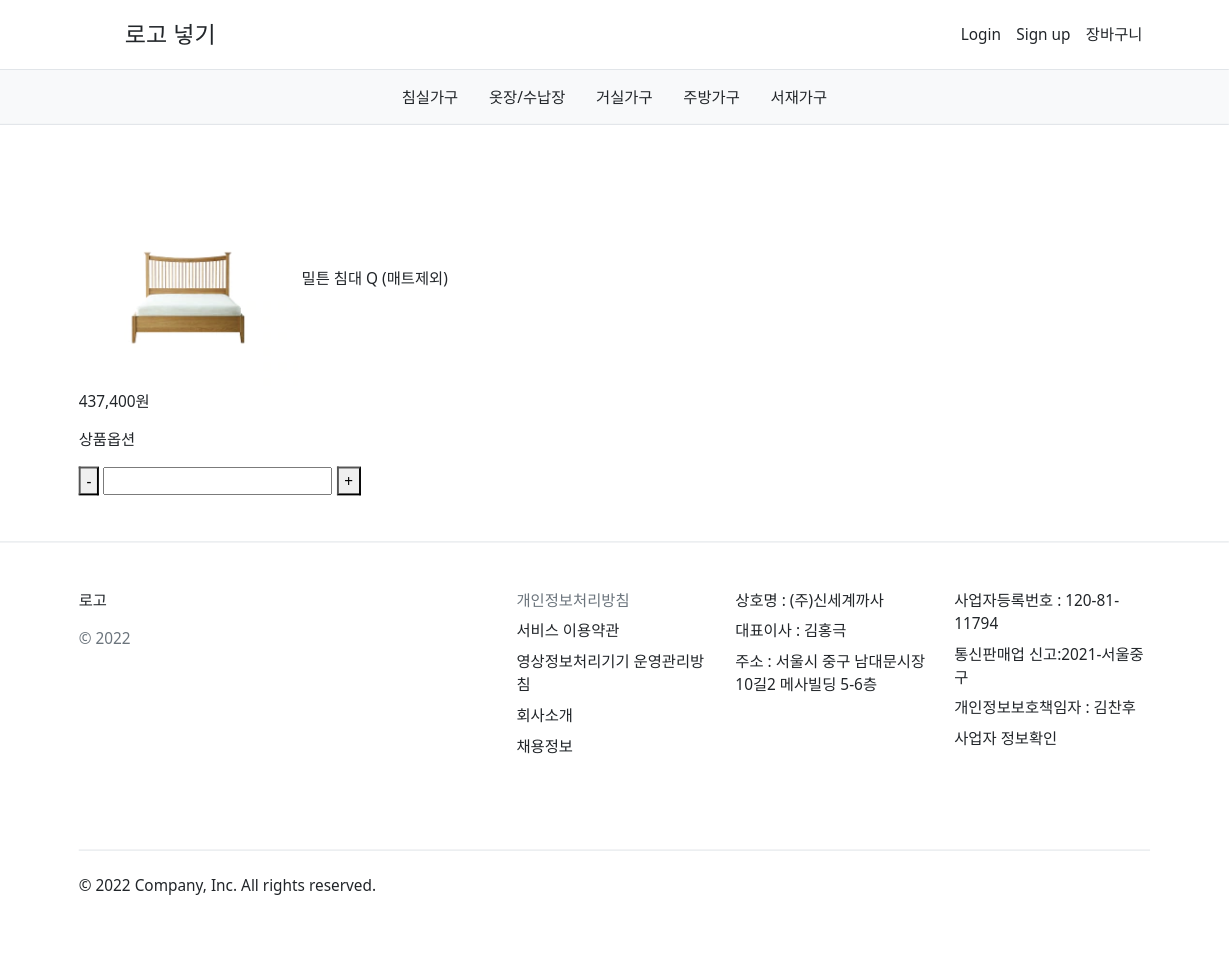
Repository: raoniee/Elice-House-Project
Page: FE/views/pages/main/item-detail-page.html
The author's editor kept a copy of each file at every save. The page is drawn from the files as they stood at one save, then again after the next save.
The browser window is 1280 px wide. The pictures show the whole page, at 96% of full size.

Above is the page before, as saved 2023-07-06 14:40:49.

### FE/views/pages/main/item-detail-page.html
<!DOCTYPE html>
<html lang="ko">
  <head>
    <meta charset="UTF-8" />
    <meta http-equiv="X-UA-Compatible" content="IE=edge" />
    <meta name="viewport" content="width=device-width, initial-scale=1.0" />
    <title>Elice-House/item-detail</title>
    <link
      href="https://cdn.jsdelivr.net/npm/bootstrap@5.2.3/dist/css/bootstrap.min.css"
      rel="stylesheet"
      integrity="sha384-rbsA2VBKQhggwzxH7pPCaAqO46MgnOM80zW1RWuH61DGLwZJEdK2Kadq2F9CUG65"
      crossorigin="anonymous"
    />
    <!-- header.module.js -->
    <script
      src="../../components/header/header.js"
      type="module"
      defer
    ></script>
    <!-- footer.module.js -->
    <script
      src="../../components/footer/footer.js"
      type="module"
      defer
    ></script>
    <!-- item-detail-page.module.js -->
    <script src="./item-detail-page.js" type="module" defer></script>
    <style>
      /* * {
        outline: 1px solid #363;
      } */
    </style>
  </head>
  <body>
    <header class="header">
      <!-- header template로 삽입 -->
    </header>

    <main>
      <div class="container my-5">
        <div
          class="menu_bar d-flex justify-content-between"
          style="width: 120px"
        >
          <!-- menu_bar template로 삽입 -->
        </div>

        <div class="item_detail">
          <img
            src="../../../public/assets/imgs/item-list-card.webp"
            alt="가구"
          />
          <span class="item_detail_name">밀튼 침대 Q (매트제외)</span>
          <p class="item_detail_price">437,400원</p>
          <div class="item_detail_quantity">
            <p>상품옵션</p>
            <button>-</button>
            <input type="number" />
            <button>+</button>
          </div>
        </div>
      </div>
    </main>

    <footer class="footer">
      <!-- footer template로 삽입 -->
    </footer>

    <script
      src="https://cdn.jsdelivr.net/npm/bootstrap@5.2.3/dist/js/bootstrap.bundle.min.js"
      integrity="sha384-kenU1KFdBIe4zVF0s0G1M5b4hcpxyD9F7jL+jjXkk+Q2h455rYXK/7HAuoJl+0I4"
      crossorigin="anonymous"
    ></script>
  </body>
</html>

### FE/views/components/header/header.js
export const drawHeader = () => {
  let headerTemplate = `
  <div class="py-3 border-bottom">
      <div class="container d-flex flex-wrap justify-content-center">
        <a
          href="/"
          class="d-flex align-items-center mb-3 mb-lg-0 me-lg-auto text-dark text-decoration-none"
        >
          <svg class="bi me-2" width="40" height="32">
            <use xlink:href="#bootstrap" />
          </svg>
          <span class="fs-4">로고 넣기</span>
        </a>
        <ul class="nav">
          <li class="nav-item">
            <a href="" class="nav-link link-dark px-2">Login</a>
          </li>
          <li class="nav-item">
            <a href="" class="nav-link link-dark px-2">Sign up</a>
          </li>
          <li class="nav-item">
            <a href="" class="nav-link link-dark px-2">장바구니</a>
          </li>
        </ul>
      </div>
    </div>
    <nav class="py-2 bg-light border-bottom">
      <div class="container">
        <ul class="nav justify-content-center nav-pills">
          <li class="nav-item">
            <div class="dropdown text-end">
              <a
                href="#"
                class="d-block link-dark text-decoration-none nav-link"
                data-bs-toggle="dropdown"
                aria-expanded="false"
                >침실가구
              </a>
              <ul class="dropdown-menu text-small">
                <li><a class="dropdown-item" href="#">침대</a></li>
                <li><a class="dropdown-item" href="#">매트리스/토퍼</a></li>
                <li><a class="dropdown-item" href="#">화장대/콘솔/거울</a></li>
                <li><a class="dropdown-item" href="#">서랍장/협탁</a></li>
              </ul>
            </div>
          </li>
          <li class="nav-item">
            <div class="dropdown text-end">
              <a
                href="#"
                class="d-block link-dark text-decoration-none nav-link"
                data-bs-toggle="dropdown"
                aria-expanded="false"
                >옷장/수납장
              </a>
              <ul class="dropdown-menu text-small">
                <li><a class="dropdown-item" href="#">옷장/붙박이장</a></li>
                <li><a class="dropdown-item" href="#">드레스룸/행거</a></li>
              </ul>
            </div>
          </li>
          <li class="nav-item">
            <div class="dropdown text-end">
              <a
                href="#"
                class="d-block link-dark text-decoration-none nav-link"
                data-bs-toggle="dropdown"
                aria-expanded="false"
                >거실가구
              </a>
              <ul class="dropdown-menu text-small">
                <li><a class="dropdown-item" href="#">소파</a></li>
                <li><a class="dropdown-item" href="#">거실테이블</a></li>
                <li><a class="dropdown-item" href="#">거실장</a></li>
              </ul>
            </div>
          </li>
          <li class="nav-item">
            <div class="dropdown text-end">
              <a
                href="#"
                class="d-block link-dark text-decoration-none nav-link"
                data-bs-toggle="dropdown"
                aria-expanded="false"
                >주방가구
              </a>
              <ul class="dropdown-menu text-small">
                <li><a class="dropdown-item" href="#">식탁/테이블</a></li>
                <li><a class="dropdown-item" href="#">홈바/아일랜드식탁</a></li>
                <li><a class="dropdown-item" href="#">식탁세트</a></li>
              </ul>
            </div>
          </li>
          <li class="nav-item">
            <div class="dropdown text-end">
              <a
                href="#"
                class="d-block link-dark text-decoration-none nav-link"
                data-bs-toggle="dropdown"
                aria-expanded="false"
                >서재가구
              </a>
              <ul class="dropdown-menu text-small">
                <li><a class="dropdown-item" href="#">책상/책장/ACC</a></li>
                <li><a class="dropdown-item" href="#">서재의자</a></li>
              </ul>
            </div>
          </li>
        </ul>
      </div>
    </nav>
    `;
  // .header 부분에 header.html을 삽입
  const headerTag = document.querySelector(".header");
  headerTag.innerHTML = headerTemplate;
};

### FE/views/components/footer/footer.js
export const drawFooter = () => {
  let footerTemplate = `        <div class="border-top">
        <div class="container">
      <div class="row py-5">
        <div class="col mb-3">
          <a
            href="/"
            class="d-flex align-items-center mb-3 link-dark text-decoration-none"
          >
            로고
          </a>
          <p class="text-muted">&copy; 2022</p>
        </div>

        <div class="col mb-3"></div>

        <div class="col mb-3">
          <ul class="nav flex-column">
            <li class="nav-item mb-2 text-muted">개인정보처리방침</li>
            <li class="nav-item mb-2">서비스 이용약관</li>
            <li class="nav-item mb-2">영상정보처리기기 운영관리방침</li>
            <li class="nav-item mb-2">회사소개</li>
            <li class="nav-item mb-2">채용정보</li>
          </ul>
        </div>

        <div class="col mb-3">
          <ul class="nav flex-column">
            <li class="nav-item mb-2">상호명 : (주)신세계까사</li>
            <li class="nav-item mb-2">대표이사 : 김홍극</li>
            <li class="nav-item mb-2">
              주소 : 서울시 중구 남대문시장10길2 메사빌딩 5-6층
            </li>
          </ul>
        </div>

        <div class="col mb-3">
          <ul class="nav flex-column">
            <li class="nav-item mb-2">사업자등록번호 : 120-81-11794</li>
            <li class="nav-item mb-2">통신판매업 신고:2021-서울중구</li>
            <li class="nav-item mb-2">개인정보보호책임자 : 김찬후</li>
            <li class="nav-item mb-2">사업자 정보확인</li>
          </ul>
        </div>
      </div>
      <div
        class="d-flex flex-column flex-sm-row justify-content-between py-4 my-4 border-top"
      >
        <p>&copy; 2022 Company, Inc. All rights reserved.</p>
        <ul class="list-unstyled d-flex">
          <li class="ms-3">
            <a class="link-dark" href="#"
              ><svg class="bi" width="24" height="24">
                <use xlink:href="#twitter" /></svg
            ></a>
          </li>
          <li class="ms-3">
            <a class="link-dark" href="#"
              ><svg class="bi" width="24" height="24">
                <use xlink:href="#instagram" /></svg
            ></a>
          </li>
          <li class="ms-3">
            <a class="link-dark" href="#"
              ><svg class="bi" width="24" height="24">
                <use xlink:href="#facebook" /></svg
            ></a>
          </li>
        </ul>
      </div>
    </div>

        </div>`;
  // .footer 부분에 footer.html을 삽입
  const footerTag = document.querySelector(".footer");
  footerTag.innerHTML = footerTemplate;
};

### FE/views/pages/main/item-detail-page.js
import { drawHeader } from "../../components/header/header.js";
import { drawFooter } from "../../components/footer/footer.js";

// Header, Footer 템플릿 삽입
drawHeader();
drawFooter();

After the next save:
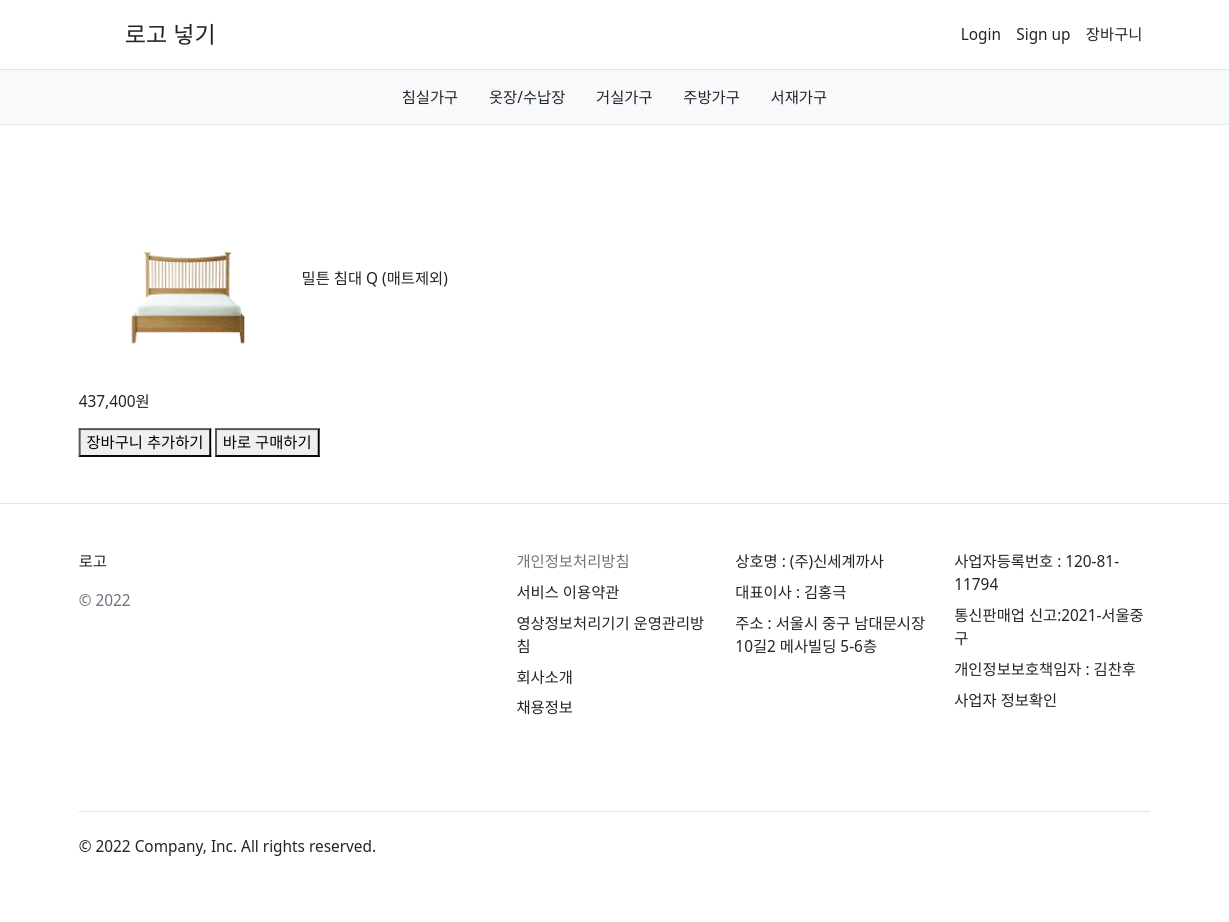
Saved 2 min 49 s later.
--- a/FE/views/pages/main/item-detail-page.html
+++ b/FE/views/pages/main/item-detail-page.html
@@ -52,11 +52,10 @@
           />
           <span class="item_detail_name">밀튼 침대 Q (매트제외)</span>
           <p class="item_detail_price">437,400원</p>
-          <div class="item_detail_quantity">
-            <p>상품옵션</p>
-            <button>-</button>
-            <input type="number" />
-            <button>+</button>
+          <div class="item_detail_buttons">
+            <button>장바구니 추가하기</button>
+            <button>바로 구매하기</button>
+          </div>
           </div>
         </div>
       </div>
